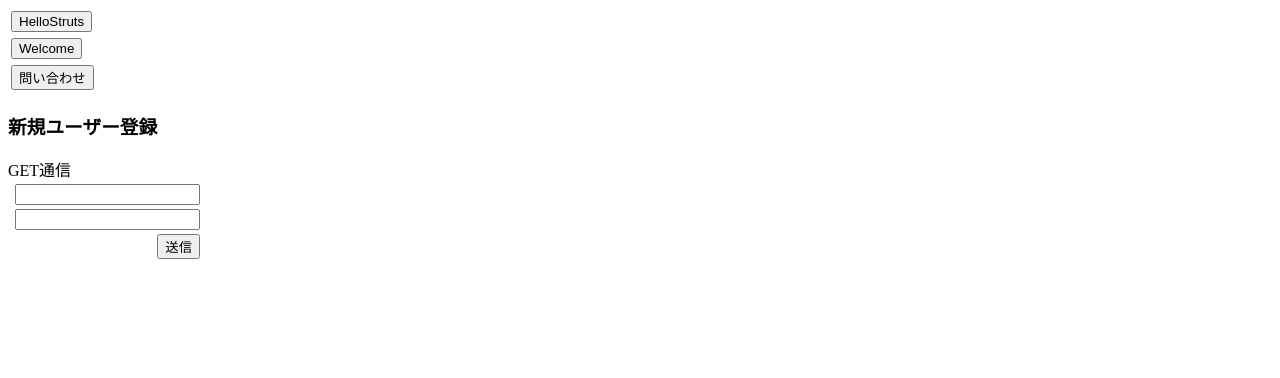
Repository: shimadaasato/test
Page: http://localhost/WebProj2/
The author's editor kept a copy of each file at every save. The page is drawn from the files as they stood at one save, then again after the next save.
The browser window is 1280 px wide. The pictures show the whole page.
The page is served by Tomcat 9. Other server files are loaded and not shown.

Above is the page before, as saved 2019-01-11 10:45:16.

### WebProj2/WebContent/index.jsp
<%@ page language="java" contentType="text/html; charset=UTF-8"
    pageEncoding="UTF-8"%>
<%@ taglib prefix="s" uri="/struts-tags" %>
<!DOCTYPE html>
<html>
<head>
<meta charset="UTF-8">

<title>INDEX</title>

</head>
<body>

	<s:form action="HelloStrutsAction">
		<s:submit value="HelloStruts"/>
	</s:form>

	<s:form action="WelcomeAction">
		<s:submit value="Welcome"/>
	</s:form>

	<s:form action="InquiryAction">
		<s:submit value="問い合わせ"/>
	</s:form>

	<h3>新規ユーザー登録</h3>
	GET通信
	<s:form method="get" action="TestAction">
	<s:textfield name="username"/>
	<s:password name="password"/>
	<s:submit value="送信"/>
	</s:form>
</body>
</html>

After the next save:
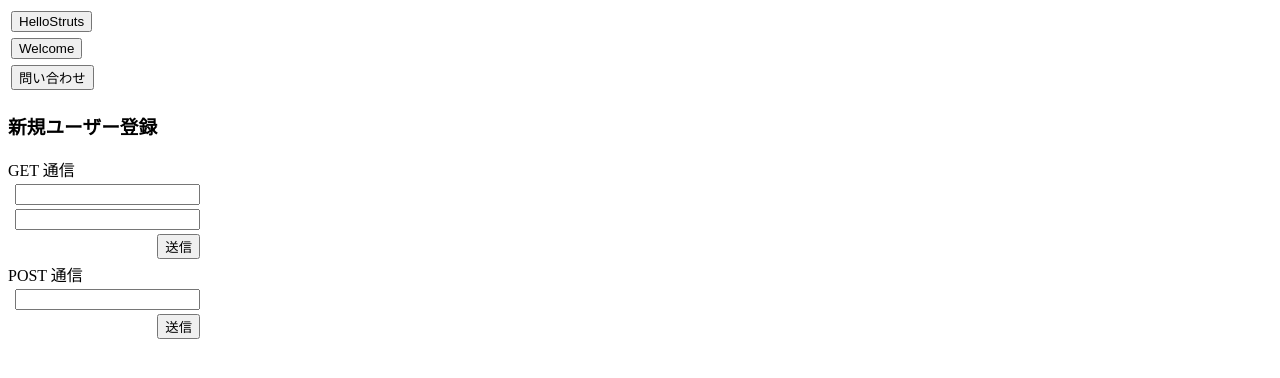
Saved 2 min 21 s later.
--- a/WebProj2/WebContent/index.jsp
+++ b/WebProj2/WebContent/index.jsp
@@ -24,11 +24,17 @@
 	</s:form>
 
 	<h3>新規ユーザー登録</h3>
-	GET通信
+	GET 通信
 	<s:form method="get" action="TestAction">
 	<s:textfield name="username"/>
 	<s:password name="password"/>
 	<s:submit value="送信"/>
 	</s:form>
+	POST 通信
+	<s:form method="post" action="TestAction">
+	<s;textfield name="username"/>
+	<s:password name="password"/>
+	<s:submit value="送信"/>
+	</s:form>
 </body>
 </html>
